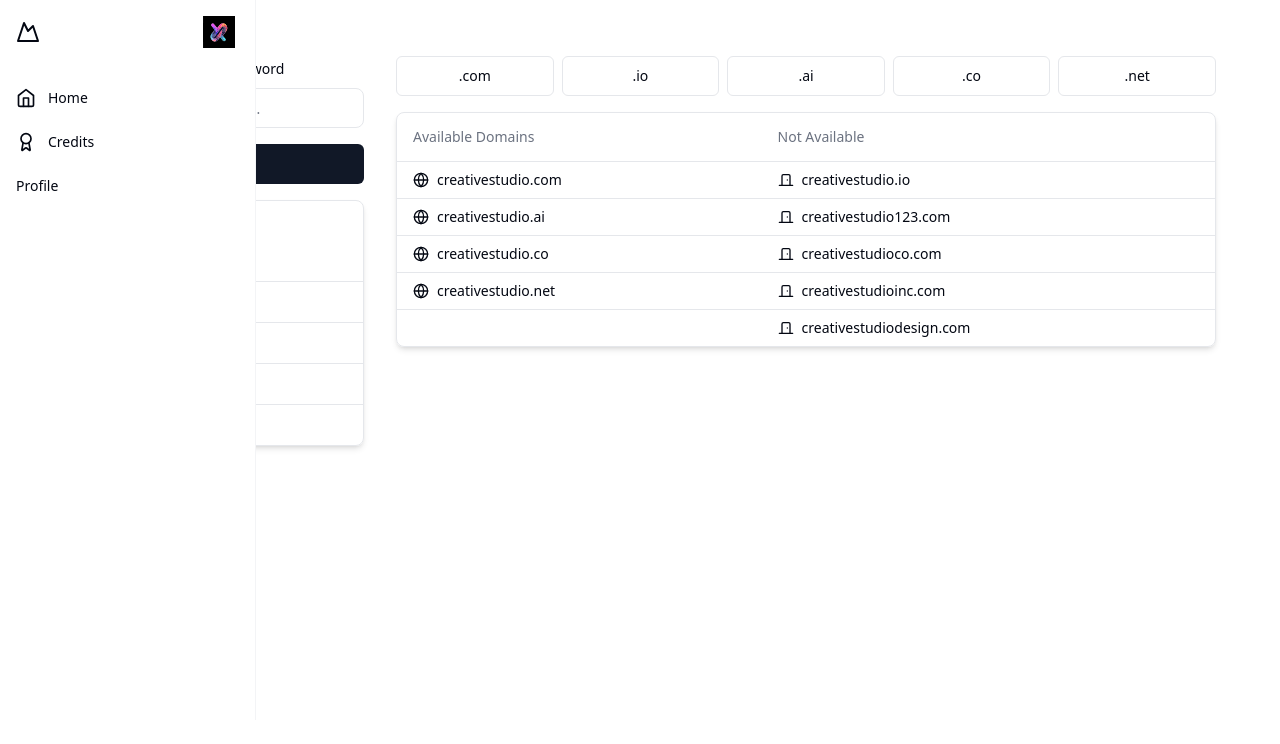
Repository: EliDorf/nyme
Page: /
An editor plug-in stored every save of this project. The page is shown before and after the next save, followed by the edit.
The browser window is 1280 px wide. The pictures show the whole page.
The page's requests for data from a server got no answer. The project was rebuilt for these pictures with package versions that can differ from the ones it lists, and the page was loaded fresh each time. Some packages were replaced by stand-ins written for this rebuild. The framework's server and built-in components were replaced by stand-ins that run in the browser. No one was signed in, and anything a server would have sent is missing. Also part of the build but not shown: next.config.mjs, lib/utils.ts, components/ui/alert-dialog.tsx, components/shared/InsufficientCreditsModal.tsx.

Above is the page before, as saved 2024-07-27 23:19:38.

### app/layout.tsx
import type { Metadata } from "next";
import { Inter } from "next/font/google";
import "./globals.css";
import type { AppProps } from 'next/app'
import { ClerkProvider, SignInButton, SignedIn, SignedOut, UserButton } from '@clerk/nextjs'

const inter = Inter({ subsets: ["latin"] });

export const metadata: Metadata = {
  title: "Nyme.AI",
  description: "Nyme.AI Generate create Names",
};


export default function RootLayout({
  children,
}: {
  children: React.ReactNode
}) {
  return (
    <ClerkProvider>
      <html lang="en">
        <body>
          <header>
            <SignedOut>
              <SignInButton />
            </SignedOut>
            <SignedIn>
              <UserButton />
            </SignedIn>
          </header>
          <main>
            {children}
          </main>
        </body>
      </html>
    </ClerkProvider>
  )
}

### app/(root)/layout.tsx
import { Dashboard } from '@/components/component/Dashboard';
import React from 'react';
import { NewSidebar } from '@/components/shared/new-sidebar';

const Layout = ({ children }: { children: React.ReactNode }) => {
  return (
    <main className="flex flex-col md:flex-row min-h-screen">
      <NewSidebar/>
      <div className="flex-grow p-4 md:p-8 overflow-x-hidden">
        <Dashboard />
        {children}
      </div>
    </main>
  );
}

export default Layout;

### app/(root)/page.tsx
import { UserButton } from '@clerk/nextjs'
import React from 'react'

const Home = () => {
  return (
    <div>
      <p>Home</p>

    </div>
  )
}

export default Home

### components/component/Dashboard.tsx
'use client'
import { Label } from "@/components/ui/label"
import { Input } from "@/components/ui/input"
import { Button } from "@/components/ui/button"
import React, { useState } from "react"
import { Table, TableBody, TableCell, TableHead, TableHeader, TableRow } from "@/components/ui/table"
import { useUser } from '@clerk/nextjs'
import { creditFee } from "@/constants"
import { InsufficientCreditsModal } from "../shared/InsufficientCreditsModal"
import { useSuggestions } from "./UseSuggestion"
import { updateCredits } from "@/lib/actions/user.action"
import { useUserData } from "@/lib/actions/useUserData"
import { User } from '@/types/user';

export function Dashboard() {
  const { user } = useUser();
  const { userData } = useUserData();
  const { suggestions, isLoading, error, handleSubmit } = useSuggestions();
  const [input, setInput] = useState("");

  const handleInputChange = (e: React.ChangeEvent<HTMLInputElement>) => {
    setInput(e.target.value);
  }

  const onSubmit = async (e: React.MouseEvent<HTMLButtonElement>) => {
    e.preventDefault();
    if (user && userData) {
      await updateCredits(userData.clerkId, creditFee);
      handleSubmit(input);
    }
  }

  return (
    <div className="grid grid-cols-1 md:grid-cols-[300px_1fr] gap-8 w-full max-w-6xl mx-auto">
      <div className="flex flex-col gap-4">
        <div className="space-y-2">
          <Label htmlFor="name" className="font-medium">
            Enter a creative name or keyword
          </Label>
          <Input
            id="name"
            value={input}
            onChange={handleInputChange}
            placeholder="Type something awesome..."
            className="rounded-lg border-gray-300 focus:ring-primary-500 focus:border-primary-500"
          />
        </div>
        <Button onClick={onSubmit} className="w-full">Submit</Button>
        {userData && userData.creditBalance < Math.abs(creditFee) && <InsufficientCreditsModal />}
        <div className="border rounded-lg overflow-hidden shadow-md">
          <div className="bg-gray-100 dark:bg-gray-800 py-2 px-4 font-medium">
            Suggestions
          </div>
          <div className="divide-y">
            {isLoading ? (
              <div className="py-2 px-4">Loading...</div>
            ) : error ? (
              <div className="py-2 px-4 text-red-500">{error}</div>
            ) : (
              suggestions.map((suggestion, index) => (
                <div key={index} className="py-2 px-4 hover:bg-gray-100 dark:hover:bg-gray-800">
                  <div className="flex items-center gap-2">
                    <SparkleIcon className="w-4 h-4 shrink-0 text-primary-500" />
                    <span>{suggestion}</span>
                  </div>
                </div>
              ))
            )}
          </div>
        </div>
      </div>
      <div className="flex flex-col gap-4">
        <div className="grid grid-cols-5 md:grid-cols-5 gap-2">
          <Button
            variant="outline"
            className="px-4 py-2 rounded-md hover:bg-gray-100 dark:hover:bg-gray-800 transition-colors"
          >
            .com
          </Button>
          <Button
            variant="outline"
            className="px-4 py-2 rounded-md hover:bg-gray-100 dark:hover:bg-gray-800 transition-colors"
          >
            .io
          </Button>
          <Button
            variant="outline"
            className="px-4 py-2 rounded-md hover:bg-gray-100 dark:hover:bg-gray-800 transition-colors"
          >
            .ai
          </Button>
          <Button
            variant="outline"
            className="px-4 py-2 rounded-md hover:bg-gray-100 dark:hover:bg-gray-800 transition-colors"
          >
            .co
          </Button>
          <Button
            variant="outline"
            className="px-4 py-2 rounded-md hover:bg-gray-100 dark:hover:bg-gray-800 transition-colors"
          >
            .net
          </Button>
        </div>
        <div className="border rounded-lg overflow-auto shadow-md">
          <Table>
            <TableHeader>
              <TableRow>
                <TableHead className="py-2 px-4 bg-gray-100 dark:bg-gray-800">Available Domains</TableHead>
                <TableHead className="py-2 px-4 bg-gray-100 dark:bg-gray-800">Not Available</TableHead>
              </TableRow>
            </TableHeader>
            <TableBody>
              <TableRow>
                <TableCell className="py-2 px-4">
                  <div className="flex items-center gap-2">
                    <GlobeIcon className="w-4 h-4 shrink-0 text-green-500" />
                    <span>creativestudio.com</span>
                  </div>
                </TableCell>
                <TableCell className="py-2 px-4">
                  <div className="flex items-center gap-2 text-gray-500 dark:text-gray-400">
                    <DoorClosedIcon className="w-4 h-4 shrink-0 text-red-500" />
                    <span>creativestudio.io</span>
                  </div>
                </TableCell>
              </TableRow>
              <TableRow>
                <TableCell className="py-2 px-4">
                  <div className="flex items-center gap-2">
                    <GlobeIcon className="w-4 h-4 shrink-0 text-green-500" />
                    <span>creativestudio.ai</span>
                  </div>
                </TableCell>
                <TableCell className="py-2 px-4">
                  <div className="flex items-center gap-2 text-gray-500 dark:text-gray-400">
                    <DoorClosedIcon className="w-4 h-4 shrink-0 text-red-500" />
                    <span>creativestudio123.com</span>
                  </div>
                </TableCell>
              </TableRow>
              <TableRow>
                <TableCell className="py-2 px-4">
                  <div className="flex items-center gap-2">
                    <GlobeIcon className="w-4 h-4 shrink-0 text-green-500" />
                    <span>creativestudio.co</span>
                  </div>
                </TableCell>
                <TableCell className="py-2 px-4">
                  <div className="flex items-center gap-2 text-gray-500 dark:text-gray-400">
                    <DoorClosedIcon className="w-4 h-4 shrink-0 text-red-500" />
                    <span>creativestudioco.com</span>
                  </div>
                </TableCell>
              </TableRow>
              <TableRow>
                <TableCell className="py-2 px-4">
                  <div className="flex items-center gap-2">
                    <GlobeIcon className="w-4 h-4 shrink-0 text-green-500" />
                    <span>creativestudio.net</span>
                  </div>
                </TableCell>
                <TableCell className="py-2 px-4">
                  <div className="flex items-center gap-2 text-gray-500 dark:text-gray-400">
                    <DoorClosedIcon className="w-4 h-4 shrink-0 text-red-500" />
                    <span>creativestudioinc.com</span>
                  </div>
                </TableCell>
              </TableRow>
              <TableRow>
                <TableCell className="py-2 px-4" />
                <TableCell className="py-2 px-4">
                  <div className="flex items-center gap-2 text-gray-500 dark:text-gray-400">
                    <DoorClosedIcon className="w-4 h-4 shrink-0 text-red-500" />
                    <span>creativestudiodesign.com</span>
                  </div>
                </TableCell>
              </TableRow>
            </TableBody>
          </Table>
        </div>
      </div>
    </div>
  )
}


function SparkleIcon(props: React.SVGProps<SVGSVGElement>) {
  return (
    <svg
      {...props}
      xmlns="http://www.w3.org/2000/svg"
      width="24"
      height="24"
      viewBox="0 0 24 24"
      fill="none"
      stroke="currentColor"
      strokeWidth="2"
      strokeLinecap="round"
      strokeLinejoin="round"
    >
      <path d="M9.937 15.5A2 2 0 0 0 8.5 14.063l-6.135-1.582a.5.5 0 0 1 0-.962L8.5 9.936A2 2 0 0 0 9.937 8.5l1.582-6.135a.5.5 0 0 1 .963 0L14.063 8.5A2 2 0 0 0 15.5 9.937l6.135 1.581a.5.5 0 0 1 0 .964L15.5 14.063a2 2 0 0 0-1.437 1.437l-1.582 6.135a.5.5 0 0 1-.963 0z" />
    </svg>
  )
}
function DoorClosedIcon(props: React.SVGProps<SVGSVGElement>) {
  return (
    <svg
      {...props}
      xmlns="http://www.w3.org/2000/svg"
      width="24"
      height="24"
      viewBox="0 0 24 24"
      fill="none"
      stroke="currentColor"
      strokeWidth="2"
      strokeLinecap="round"
      strokeLinejoin="round"
    >
      <path d="M18 20V6a2 2 0 0 0-2-2H8a2 2 0 0 0-2 2v14" />
      <path d="M2 20h20" />
      <path d="M14 12v.01" />
    </svg>
  )
}


function GlobeIcon(props: React.SVGProps<SVGSVGElement>) {
  return (
    <svg
      {...props}
      xmlns="http://www.w3.org/2000/svg"
      width="24"
      height="24"
      viewBox="0 0 24 24"
      fill="none"
      stroke="currentColor"
      strokeWidth="2"
      strokeLinecap="round"
      strokeLinejoin="round"
    >
      <circle cx="12" cy="12" r="10" />
      <path d="M12 2a14.5 14.5 0 0 0 0 20 14.5 14.5 0 0 0 0-20" />
      <path d="M2 12h20" />
    </svg>
  )
}


function XIcon(props: React.SVGProps<SVGSVGElement>) {
  return (
    <svg
      {...props}
      xmlns="http://www.w3.org/2000/svg"
      width="24"
      height="24"
      viewBox="0 0 24 24"
      fill="none"
      stroke="currentColor"
      strokeWidth="2"
      strokeLinecap="round"
      strokeLinejoin="round"
    >
      <path d="M18 6 6 18" />
      <path d="m6 6 12 12" />
    </svg>
  )
}

### components/ui/label.tsx
"use client"

import * as React from "react"
import * as LabelPrimitive from "@radix-ui/react-label"
import { cva, type VariantProps } from "class-variance-authority"

import { cn } from "@/lib/utils"

const labelVariants = cva(
  "text-sm font-medium leading-none peer-disabled:cursor-not-allowed peer-disabled:opacity-70"
)

const Label = React.forwardRef<
  React.ElementRef<typeof LabelPrimitive.Root>,
  React.ComponentPropsWithoutRef<typeof LabelPrimitive.Root> &
    VariantProps<typeof labelVariants>
>(({ className, ...props }, ref) => (
  <LabelPrimitive.Root
    ref={ref}
    className={cn(labelVariants(), className)}
    {...props}
  />
))
Label.displayName = LabelPrimitive.Root.displayName

export { Label }

### components/ui/input.tsx
import * as React from "react"

import { cn } from "@/lib/utils"

export interface InputProps
  extends React.InputHTMLAttributes<HTMLInputElement> {}

const Input = React.forwardRef<HTMLInputElement, InputProps>(
  ({ className, type, ...props }, ref) => {
    return (
      <input
        type={type}
        className={cn(
          "flex h-10 w-full rounded-md border border-input bg-background px-3 py-2 text-sm ring-offset-background file:border-0 file:bg-transparent file:text-sm file:font-medium placeholder:text-muted-foreground focus-visible:outline-none focus-visible:ring-2 focus-visible:ring-ring focus-visible:ring-offset-2 disabled:cursor-not-allowed disabled:opacity-50",
          className
        )}
        ref={ref}
        {...props}
      />
    )
  }
)
Input.displayName = "Input"

export { Input }

### components/ui/button.tsx
import * as React from "react"
import { Slot } from "@radix-ui/react-slot"
import { cva, type VariantProps } from "class-variance-authority"

import { cn } from "@/lib/utils"

const buttonVariants = cva(
  "inline-flex items-center justify-center whitespace-nowrap rounded-md text-sm font-medium ring-offset-background transition-colors focus-visible:outline-none focus-visible:ring-2 focus-visible:ring-ring focus-visible:ring-offset-2 disabled:pointer-events-none disabled:opacity-50",
  {
    variants: {
      variant: {
        default: "bg-primary text-primary-foreground hover:bg-primary/90",
        destructive:
          "bg-destructive text-destructive-foreground hover:bg-destructive/90",
        outline:
          "border border-input bg-background hover:bg-accent hover:text-accent-foreground",
        secondary:
          "bg-secondary text-secondary-foreground hover:bg-secondary/80",
        ghost: "hover:bg-accent hover:text-accent-foreground",
        link: "text-primary underline-offset-4 hover:underline",
      },
      size: {
        default: "h-10 px-4 py-2",
        sm: "h-9 rounded-md px-3",
        lg: "h-11 rounded-md px-8",
        icon: "h-10 w-10",
      },
    },
    defaultVariants: {
      variant: "default",
      size: "default",
    },
  }
)

export interface ButtonProps
  extends React.ButtonHTMLAttributes<HTMLButtonElement>,
    VariantProps<typeof buttonVariants> {
  asChild?: boolean
}

const Button = React.forwardRef<HTMLButtonElement, ButtonProps>(
  ({ className, variant, size, asChild = false, ...props }, ref) => {
    const Comp = asChild ? Slot : "button"
    return (
      <Comp
        className={cn(buttonVariants({ variant, size, className }))}
        ref={ref}
        {...props}
      />
    )
  }
)
Button.displayName = "Button"

export { Button, buttonVariants }

### components/ui/table.tsx
import * as React from "react"

import { cn } from "@/lib/utils"

const Table = React.forwardRef<
  HTMLTableElement,
  React.HTMLAttributes<HTMLTableElement>
>(({ className, ...props }, ref) => (
  <div className="relative w-full overflow-auto">
    <table
      ref={ref}
      className={cn("w-full caption-bottom text-sm", className)}
      {...props}
    />
  </div>
))
Table.displayName = "Table"

const TableHeader = React.forwardRef<
  HTMLTableSectionElement,
  React.HTMLAttributes<HTMLTableSectionElement>
>(({ className, ...props }, ref) => (
  <thead ref={ref} className={cn("[&_tr]:border-b", className)} {...props} />
))
TableHeader.displayName = "TableHeader"

const TableBody = React.forwardRef<
  HTMLTableSectionElement,
  React.HTMLAttributes<HTMLTableSectionElement>
>(({ className, ...props }, ref) => (
  <tbody
    ref={ref}
    className={cn("[&_tr:last-child]:border-0", className)}
    {...props}
  />
))
TableBody.displayName = "TableBody"

const TableFooter = React.forwardRef<
  HTMLTableSectionElement,
  React.HTMLAttributes<HTMLTableSectionElement>
>(({ className, ...props }, ref) => (
  <tfoot
    ref={ref}
    className={cn(
      "border-t bg-muted/50 font-medium [&>tr]:last:border-b-0",
      className
    )}
    {...props}
  />
))
TableFooter.displayName = "TableFooter"

const TableRow = React.forwardRef<
  HTMLTableRowElement,
  React.HTMLAttributes<HTMLTableRowElement>
>(({ className, ...props }, ref) => (
  <tr
    ref={ref}
    className={cn(
      "border-b transition-colors hover:bg-muted/50 data-[state=selected]:bg-muted",
      className
    )}
    {...props}
  />
))
TableRow.displayName = "TableRow"

const TableHead = React.forwardRef<
  HTMLTableCellElement,
  React.ThHTMLAttributes<HTMLTableCellElement>
>(({ className, ...props }, ref) => (
  <th
    ref={ref}
    className={cn(
      "h-12 px-4 text-left align-middle font-medium text-muted-foreground [&:has([role=checkbox])]:pr-0",
      className
    )}
    {...props}
  />
))
TableHead.displayName = "TableHead"

const TableCell = React.forwardRef<
  HTMLTableCellElement,
  React.TdHTMLAttributes<HTMLTableCellElement>
>(({ className, ...props }, ref) => (
  <td
    ref={ref}
    className={cn("p-4 align-middle [&:has([role=checkbox])]:pr-0", className)}
    {...props}
  />
))
TableCell.displayName = "TableCell"

const TableCaption = React.forwardRef<
  HTMLTableCaptionElement,
  React.HTMLAttributes<HTMLTableCaptionElement>
>(({ className, ...props }, ref) => (
  <caption
    ref={ref}
    className={cn("mt-4 text-sm text-muted-foreground", className)}
    {...props}
  />
))
TableCaption.displayName = "TableCaption"

export {
  Table,
  TableHeader,
  TableBody,
  TableFooter,
  TableHead,
  TableRow,
  TableCell,
  TableCaption,
}

### components/component/UseSuggestion.tsx
// useSuggestions.ts
import { useState } from 'react'
import { useUser } from '@clerk/nextjs'
import { creditFee } from "@/constants"

const PLACEHOLDER_SUGGESTIONS = [
  "Names",
  "Nyme",
  "Namin",
  "Amin",
  "Namye"
];

export function useSuggestions() {
  const [suggestions, setSuggestions] = useState<string[]>(PLACEHOLDER_SUGGESTIONS)
  const [isLoading, setIsLoading] = useState(false)
  const [error, setError] = useState<string | null>(null)
  const { user } = useUser()

  const handleSubmit = async (input: string) => {
    setIsLoading(true)
    setError(null)
    // Note: You'll need to implement updateCredits function or move it to this file
    // await updateCredits(userId, creditFee)

    try {
      const response = await fetch('/api/generate', {
        method: 'POST',
        headers: {
          'Content-Type': 'application/json',
        },
        body: JSON.stringify({
          input,
          userId: user?.id || 'anonymous'
        }),
      })

      if (!response.ok) {
        throw new Error('Network response was not ok')
      }

      const data = await response.json()
      console.log("Raw data from API:", data)
      console.log("Received suggestions:", data.suggestions)

      const newSuggestions = Array.isArray(data.suggestions) ? data.suggestions : PLACEHOLDER_SUGGESTIONS
      console.log("Setting suggestions to:", newSuggestions)

      setSuggestions(newSuggestions)
    } catch (error) {
      console.error('Error:', error)
      setError('Failed to fetch suggestions. Please try again.')
      setSuggestions(PLACEHOLDER_SUGGESTIONS)
    } finally {
      setIsLoading(false)
    }
  }

  return { suggestions, isLoading, error, handleSubmit }
}

### lib/actions/useUserData.ts
// hooks/useUserData.ts
import { useState, useEffect } from 'react';
import { useUser } from '@clerk/nextjs';
import { getUserById } from '@/lib/actions/user.action';
import { User } from '@/types/user';

export function useUserData() {
  const { user } = useUser();
  const [userData, setUserData] = useState<User | null>(null);

  useEffect(() => {
    async function fetchUserData() {
      if (user) {
        const data = await getUserById(user.id);
        setUserData(data);
      }
    }

    fetchUserData();
  }, [user]);

  return { userData };
}

### lib/database/mongoose.ts
import mongoose, { Mongoose } from 'mongoose';

const MONGODB_URL = process.env.MONGODB_URL;

interface MongooseConnection {
  conn: Mongoose | null;
  promise: Promise<Mongoose> | null;
}

let cached: MongooseConnection = (global as any).mongoose

if(!cached) {
  cached = (global as any).mongoose = {
    conn: null, promise: null
  }
}

export const connectToDatabase = async () => {
  if(cached.conn) return cached.conn;

  if(!MONGODB_URL) throw new Error('Missing MONGODB_URL');

  cached.promise =
    cached.promise ||
    mongoose.connect(MONGODB_URL, {
      dbName: 'Nyme', bufferCommands: false
    })

  cached.conn = await cached.promise;

  return cached.conn;
}

### tailwind.config.ts
import type { Config } from "tailwindcss";

const config: Config = {
  content: [
    "./pages/**/*.{js,ts,jsx,tsx,mdx}",
    "./components/**/*.{js,ts,jsx,tsx,mdx}",
    "./app/**/*.{js,ts,jsx,tsx,mdx}",
  ],
  theme: {
    extend: {
      backgroundImage: {
        "gradient-radial": "radial-gradient(var(--tw-gradient-stops))",
        "gradient-conic":
          "conic-gradient(from 180deg at 50% 50%, var(--tw-gradient-stops))",
      },
    },
      colors: {
            "border": "hsl(var(--border))",
            "input": "hsl(var(--input))",
            "ring": "hsl(var(--ring))",
            "background": "hsl(var(--background))",
            "foreground": "hsl(var(--foreground))",
            "primary": {
              "DEFAULT": "hsl(var(--primary))",
              "foreground": "hsl(var(--primary-foreground))"
            },
            "secondary": {
              "DEFAULT": "hsl(var(--secondary))",
              "foreground": "hsl(var(--secondary-foreground))"
            },
            "destructive": {
              "DEFAULT": "hsl(var(--destructive))",
              "foreground": "hsl(var(--destructive-foreground))"
            },
            "muted": {
              "DEFAULT": "hsl(var(--muted))",
              "foreground": "hsl(var(--muted-foreground))"
            },
            "accent": {
              "DEFAULT": "hsl(var(--accent))",
              "foreground": "hsl(var(--accent-foreground))"
            },
            "popover": {
              "DEFAULT": "hsl(var(--popover))",
              "foreground": "hsl(var(--popover-foreground))"
            },
            "card": {
              "DEFAULT": "hsl(var(--card))",
              "foreground": "hsl(var(--card-foreground))"
            }
          },
      borderRadius: {
            "lg": "var(--radius)",
            "md": "calc(var(--radius) - 2px)",
            "sm": "calc(var(--radius) - 4px)"
          },
      keyframes: {
            "accordion-down": {
              "from": {
                "height": "0"
              },
              "to": {
                "height": "var(--radix-accordion-content-height)"
              }
            },
            "accordion-up": {
              "from": {
                "height": "var(--radix-accordion-content-height)"
              },
              "to": {
                "height": "0"
              }
            }
          }
},
  plugins: [require("tailwindcss-animate")],
};
export default config;

Loaded but not shown: lib/database/models/user.model.ts (common file); components/shared/new-sidebar.tsx (287 lines, source omitted); components/ui/dropdown-menu.tsx (200 lines, source omitted); constants/index.ts (195 lines, source omitted); app/globals.css (218 lines, source omitted); lib/actions/user.action.ts (121 lines, source omitted)

After the next save:
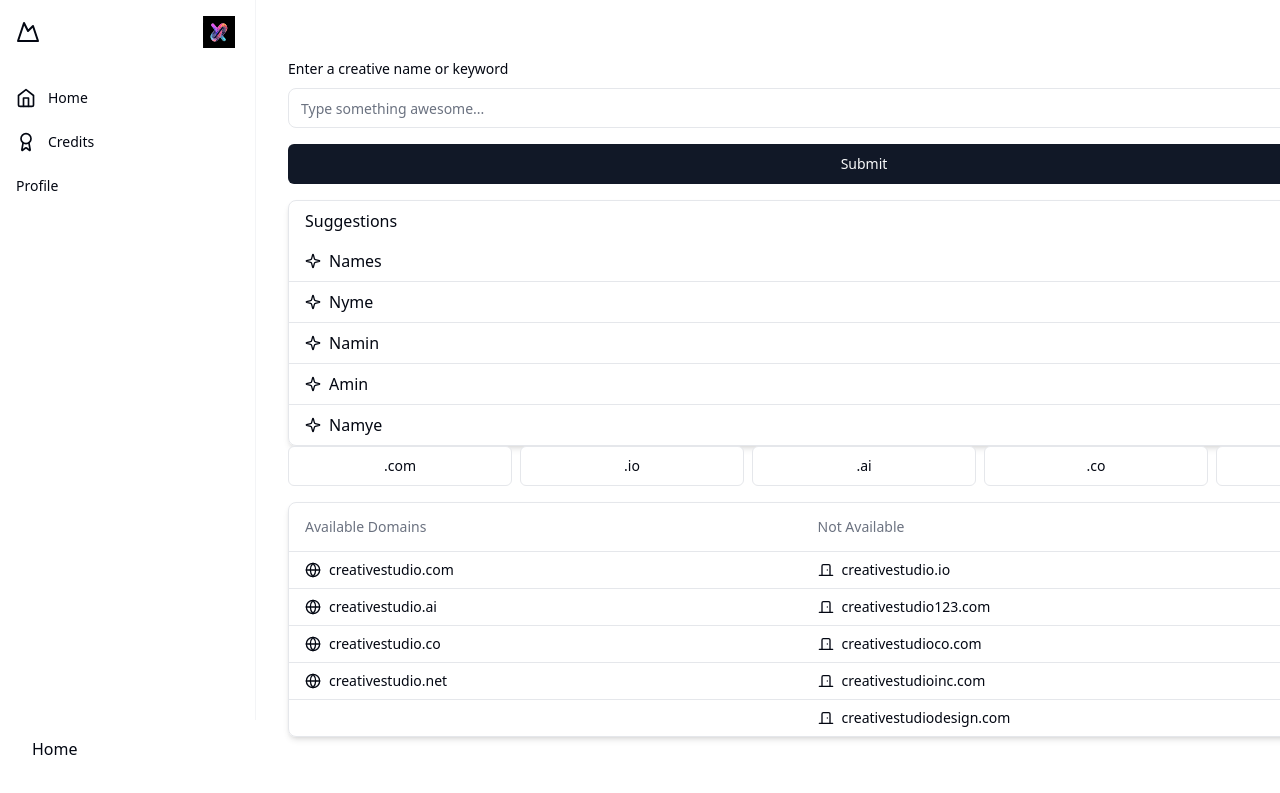
Saved 21 s later.
--- a/components/component/Dashboard.tsx
+++ b/components/component/Dashboard.tsx
@@ -31,7 +31,7 @@ export function Dashboard() {
   }
 
   return (
-    <div className="grid grid-cols-1 md:grid-cols-[300px_1fr] gap-8 w-full max-w-6xl mx-auto">
+    <div className="w-full max-w-6xl mx-auto dashboard-content">
       <div className="flex flex-col gap-4">
         <div className="space-y-2">
           <Label htmlFor="name" className="font-medium">
